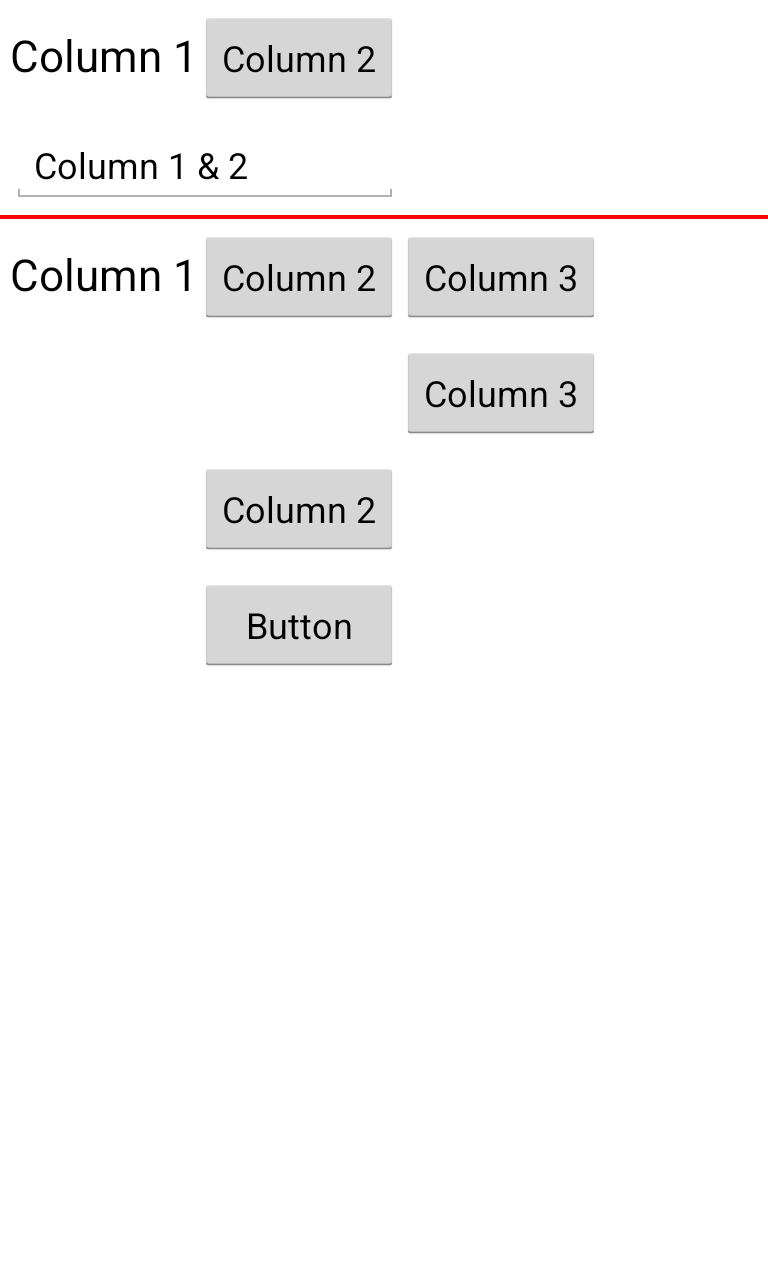
Repository: pareeje/MyAndroidPracticeSession_1
Layout: TableLayoutExample/res/layout/activity_main.xml
An editor plug-in stored every save of this project. The layout is shown before and after the next save, followed by the edit.
It is drawn on a 768 x 1280 px phone screen (xhdpi) without system bars, with theme AppTheme; the app's code is not run.

Above is the layout before, as saved 2012-12-15 12:05:02.

After the next save:
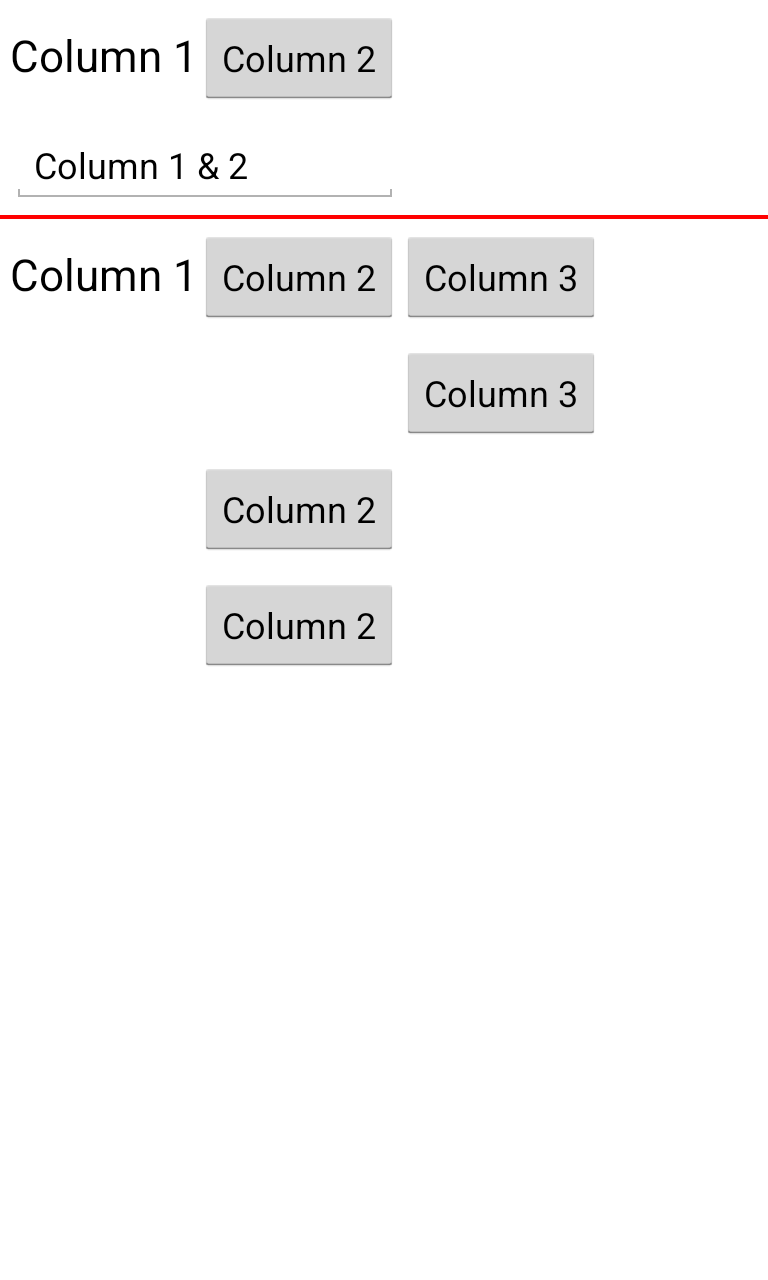
Saved 27 s later.
--- a/TableLayoutExample/res/layout/activity_main.xml
+++ b/TableLayoutExample/res/layout/activity_main.xml
@@ -100,7 +100,7 @@
         <Button
             android:id="@+id/button6"
             android:layout_column="1"
-            android:text="Button" />
+            android:text="Column 2" />
 
     </TableRow>
 
